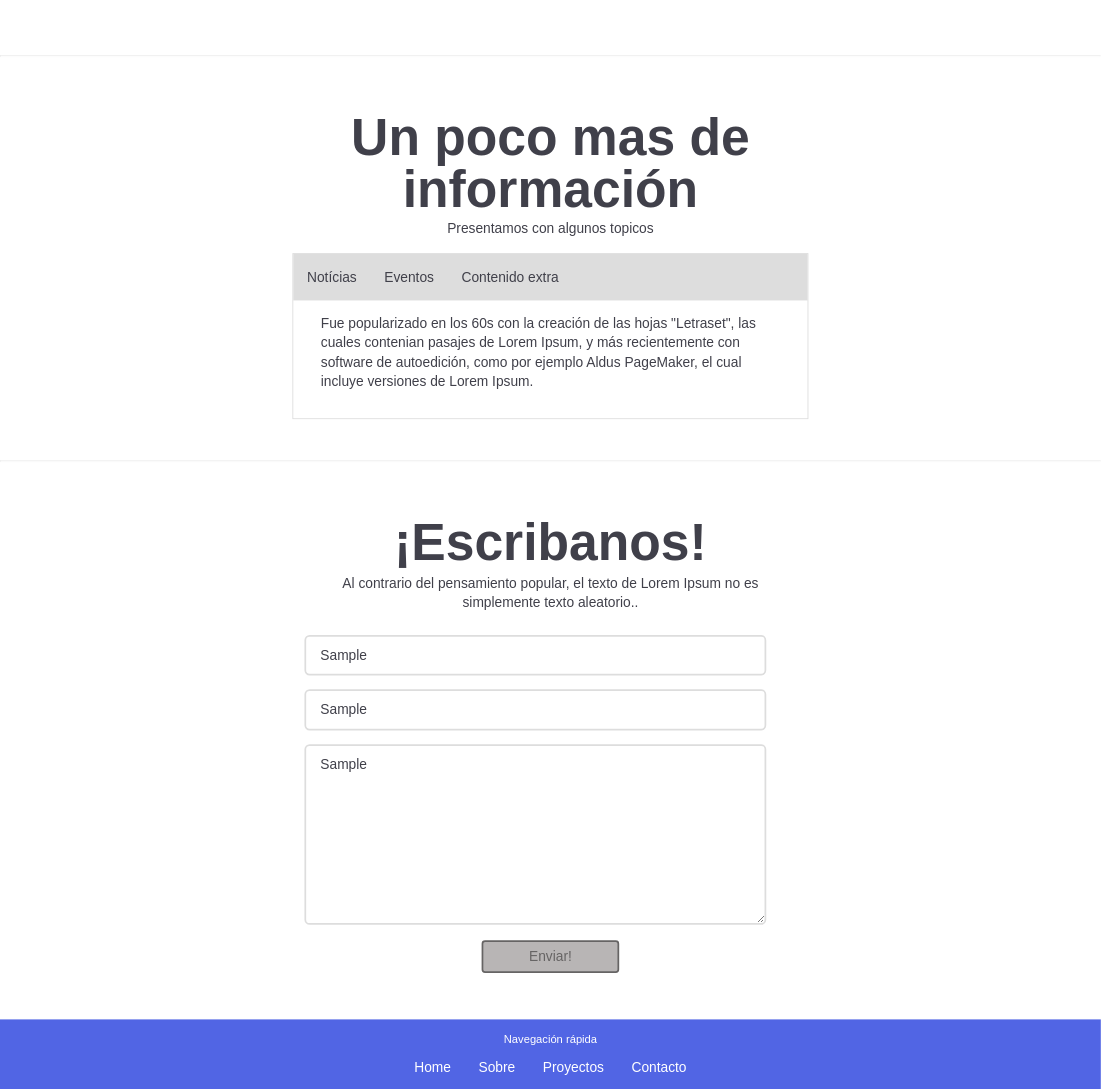
Repository: robsonmarkes/accesibilidad
Page: index.html
The author's editor kept a copy of each file at every save. The page is drawn from the files as they stood at one save, then again after the next save.
The browser window is 1280 px wide. The pictures show the part of the page from y = 1905 to 3171 px (the page is 3171 px tall), at 86% of full size.
Empty fields were first filled with sample values (such as "Sample", 5 or name@example.com).
After loading, the first visible `li.active` was clicked once.
A picture or video elsewhere on the page could not be fetched, so the positions and the page height are approximate.

Above is the page before, as saved 2022-10-13 12:36:11.

### index.html
<!DOCTYPE html>
<html lang="en">
<head>
    <meta charset="UTF-8">
    <meta http-equiv="X-UA-Compatible" content="IE=edge">
    <meta name="viewport" content="width=device-width, initial-scale=1.0">
    <title>Mi empresa portal</title>
    <link rel="stylesheet" href="style.css">
    <link rel="stylesheet" href="slides.css">
</head>
<body>
    <!-- wrong way -->
    <div class="wrap">
        <div class="header">
            <a href="http://google.com" class="logo">
                <img src="https://www.pngarts.com/files/3/Logo-PNG-Transparent-Image.png" alt="" srcset="">
            </a>
            <ul>
                <li>
                    <a href="#" target="_blank" rel="noopener noreferrer">Home</a>
                </li>
                <li>
                    <a href="#" target="_blank" rel="noopener noreferrer">Proyectos</a>
                </li>
                <li>
                    <a href="#" target="_blank" rel="noopener noreferrer">Contacto</a>
                </li>
            </ul>
        </div>
        <div class="content">
            <div class="article">
                <h1>Bienvenido!</h1>
                <img class="decorative-image" src="assets/world.png" alt="icono del planeta tierra"/>
                <p>
                    Lorem Ipsum es simplemente el texto de relleno de las imprentas y archivos de texto. Lorem Ipsum ha sido el texto de relleno estándar de las industrias desde el año 1500, cuando un impresor (N. del T. persona que se dedica a la imprenta) desconocido usó una galería de textos y los mezcló de tal manera que logró hacer un libro de textos especimen. No sólo sobrevivió 500 años, sino que tambien ingresó como texto de relleno en documentos electrónicos, quedando esencialmente igual al original. Fue popularizado en los 60s con la creación de las hojas "Letraset", las cuales contenian pasajes de Lorem Ipsum, y más recientemente con software de autoedición, como por ejemplo Aldus PageMaker, el cual incluye versiones de Lorem Ipsum.
                </p>
                <div class="buttons">
                    <button class="primary">Empezar!</button>
                    <button class="secondary">Contacto</button>
                </div>
            </div>
            <hr />
            <div class="article">
                <div>
                    <h1>Nuestra empresa</h1>
                    <p>
                        Es un hecho establecido hace demasiado tiempo que un lector se distraerá con el contenido del texto de un sitio mientras que mira su diseño. El punto de usar Lorem Ipsum es que tiene una distribución más o menos normal de las letras, al contrario de usar textos como por ejemplo "Contenido aquí, contenido aquí". Estos textos hacen parecerlo un español que se puede leer. Muchos paquetes de autoedición y editores de páginas web usan el Lorem Ipsum como su texto por defecto, y al hacer una búsqueda de "Lorem Ipsum" va a dar por resultado muchos sitios web que usan este texto si se encuentran en estado de desarrollo. Muchas versiones han evolucionado a través de los años, algunas veces por accidente, otras veces a propósito (por ejemplo insertándole humor y cosas por el estilo).
                    </p>
                </div>
                <img src="https://cdn-dynmedia-1.microsoft.com/is/image/microsoftcorp/O2019-Hero-image-x2:VP1-539x440?resMode=sharp2&op_usm=1.5,0.65,15,0&wid=1920&hei=720&qlt=75&fit=constrain" alt="Empleados mirando sus nuevos proyectos">
            </div>
            <hr />

            <div class="article" id="projects">
                <div>
                    <h1>Proyectos</h1>
                    <p>
                        Mira algunos de nuestros proyectos!
                    </p>
                    <section class="slider-wrapper">
                        <button class="slide-arrow" id="slide-arrow-prev">
                          &#8249;
                        </button>
                        <button class="slide-arrow" id="slide-arrow-next">
                          &#8250;
                        </button>
                        <ul class="slides-container" id="slides-container">
                          <li class="slide">
                            <img src="https://www.unir.net/wp-content/uploads/2021/02/Pro1.jpg" alt="">
                          </li>
                          <li class="slide">
                            <img src="https://gerens.pe/blog/wp-content/uploads/2018/08/gestion-de-proyecto.jpg" alt="">
                          </li>
                          <li class="slide">
                            <img src="https://www.il3.ub.edu/blog/wp-content/uploads/2021/10/iStock-1279738776.jpg" alt="">
                          </li>
                          <li class="slide">
                            <img src="https://www.obsbusiness.school/sites/obsbusiness.school/files/images/tipos%20de%20proyectos-min_0.jpg" alt="">
                          </li>
                        </ul>
                      </section>
                </div>

            </div>
            <hr />

            <div class="article" id="tabwrap">
                <div>
                    <h1>Un poco mas de información</h1>
                    <p>
                        Presentamos con algunos topicos
                    </p>
                    <div class="tabs" id="tabs">
                        <div class="tabmenu">
                            <ul>
                                <li class="active">Notícias</li>
                                <li>Eventos</li>
                                <li>Contenido extra</li>
                            </ul>
                        </div>
                        <div class="tab-content">
                            <div id="notices">
                                <p>
                                    Fue popularizado en los 60s con la creación de las hojas "Letraset", las cuales contenian pasajes de Lorem Ipsum, y más recientemente con software de autoedición, como por ejemplo Aldus PageMaker, el cual incluye versiones de Lorem Ipsum.
                                </p>
                            </div>
                            <div class="closed" id="events">
                                <p>
                                    Todos los generadores de Lorem Ipsum que se encuentran en Internet tienden a repetir trozos predefinidos cuando sea necesario, haciendo a este el único generador verdadero (válido) en la Internet.
                                </p>
                            </div>
                            <div class="closed" id="extra-content">
                                <p>
                                    El trozo de texto estándar de Lorem Ipsum usado desde el año 1500 es reproducido debajo para aquellos interesados. Las secciones 1.10.32 y 1.10.33 de "de Finibus Bonorum et Malorum" por Cicero son también reproducidas en su forma original exacta, acompañadas por versiones en Inglés de la traducción realizada en 1914 por H. Rackham.
                                </p>
                            </div>
                        </div>
                    </div>
                </div>

            </div>
            <hr />

            <div class="article">
                <h1>¡Escribanos!</h1>
                <p>
                    Al contrario del pensamiento popular, el texto de Lorem Ipsum no es simplemente texto aleatorio..
                </p>
                <form action="">
                    <fieldset>
                        <legend>En formulário de ejemplo</legend>
                        <div class="form-group">
                            <label for="name">nombre:</label>
                            <input type="text" name="name" id="name" placeholder="Escriba su nombre">
                            <span class="validator hidden" id="validate-name"></span>
                        </div>
                        <div class="form-group">
                            <label for="email">correo:</label>
                            <input type="text" name="email" id="email" placeholder="Escriba su correo">
                            <span class="validator hidden" id="validate-email"></span>
                        </div>
                        <div class="form-group">
                            <label for="message">mensaje:</label>
                            <textarea name="message" id="message" cols="30" rows="10" placeholder="Escriba su mensaje"></textarea>
                            <span class="validator hidden" id="validate-message"></span>
                        </div>
                        <button id="send-message" disabled>Enviar!</button>
                    </fieldset>
                </form>
            </div>
        </div>
        <div class="footer">
            <span>Navegación rápida</span>
            <ul>
                <li>
                    <a href="#" target="_blank" rel="noopener noreferrer">Home</a>
                </li>
                <li>
                    <a href="#" target="_blank" rel="noopener noreferrer">Sobre</a>
                </li>
                <li>
                    <a href="#" target="_blank" rel="noopener noreferrer">Proyectos</a>
                </li>
                <li>
                    <a href="#" target="_blank" rel="noopener noreferrer">Contacto</a>
                </li>
            </ul>
        </div>

        <div class="background-modal close-modal" id="background-modal"></div>
        <div class="modal close-modal" id="modal">
            <span class="close-btn" id="close-btn">x</span>
            <h2 class="title">Estas seguro que quieres enviar?</h2>
            <span class="text">La acción no puede ser deshecha.</span>
            <div class="buttons">
                <button id="close-btn">¡Si!</button>
                <button id="close-btn">¡No!</button>
            </div>
        </div>

    </div>
</body>
<script src="scripts.js"></script>
</html>

### style.css
:root {
    --primary-bg: rgb(81, 101, 228);
    --primary-color: #ffffff;
    --secondary-bg: #ffffff;
    --secondary-color: rgb(64, 64, 74);
    --body-bg: rgb(64, 64, 74);
    --transition-time: 0.2s;
  }

body, * {
    margin: 0;
    padding: 0;
    list-style-type: none;
    text-decoration: none;
    font-family:Arial, Helvetica, sans-serif;
    color: var(--secondary-color);
    box-sizing: border-box;
}

body a:hover {
    color: var(--primary-color);
}

.wrap {
    width: 100%;
    height: auto;
    margin: 0 auto;

}

.wrap .header {
    display: flex;
    align-items: center;
    background-color: var(--primary-bg);
}

.wrap .header  img {
    filter: invert(100%);
    height: 64px;
}

.wrap .header ul {
    display: flex;
}
.wrap .header ul li {
    padding: 1rem;
}
.wrap .header a {
    color: var(--primary-color);
}

.wrap .content {
    width: 100%;
    min-width: 400px;
    margin: 0;
}

.wrap .content hr {
    color: var(--body-bg);
    opacity: 0.2;
}

.wrap .content .article {
    margin: 0 auto;
    padding: 64px 0 48px;
    max-width: 600px;
    line-height: 1.4;
}

.wrap .content .article h1, h2, h3 {
    font-size: 3.75rem;
    padding-bottom: 0.35rem;
    line-height: 1;
    text-align: center;
}

.wrap .content .article p {
    font-size: 1rem;
    text-align: center;
    padding: 0 1rem 1rem;
}

.wrap .content .article img {
    margin: 0 auto;
    max-width: 100%;
}

.wrap .content .article .decorative-image {
    max-width: 20%;
    float: right;
    filter: opacity(0.5);
}

.wrap .content .article .buttons {
    max-width: 220px;
    margin: 0 auto;
    display: flex;
}

.wrap .content .article .buttons button {
    font-size: 1rem;
    padding: 0.5rem 1rem;
    margin: 4px;
    border: 2px solid;
    border-radius: 4px;
    cursor: pointer;
    background-color: transparent;
}

.wrap .content .article .buttons button.primary {
    background-color: var(--primary-color);
    color: var(--primary-bg);
    transition: var(--transition-time) background-color;
}

.wrap .content .article .buttons button.primary:hover {
    background-color: var(--primary-bg);
    color: var(--primary-color);
    border-color: var(--primary-bg);
}

.wrap .content .article .buttons button.secondary {
    background-color: var(--secondary-color);
    color: var(--secondary-bg);
    border-color: var(--secondary-color);
    transition: var(--transition-time) background-color;
}

.wrap .content .article .buttons button.secondary:hover {
    background-color: var(--secondary-bg);
    color: var(--secondary-color);
    border-color: var(--secondary-color);
}

.wrap .content .article form {
    width: 100%;
    margin: 0 auto;
}

.wrap .content .article form fieldset {
    display: flex;
    flex-direction: column;
    align-items: center;
    border-color: transparent;
}

.wrap .content .article form fieldset legend {
    opacity: 0;
    font-size: 0px;
}

.wrap .content .article form .form-group {
    width: 100%;
    display: block;
}

.wrap .content .article form .form-group label {
    opacity: 0;
    font-size: 0px;
}

.wrap .content .article form .form-group input, .wrap .content .article form .form-group textarea {
    font-size: 1rem;
    padding: 0.8rem 1rem;
    margin: 0.5rem;
    border: 2px solid #ddd;
    border-radius: 6px;
    width: 90%;
}

.wrap .content .article form fieldset button {
    font-size: 1rem;
    width: 160px;
    margin: 0 auto;
    padding: 0.5rem 1rem;
    margin: 4px;
    border: 2px solid;
    border-radius: 4px;
    cursor: pointer;
    background-color: var(--primary-color);
    color: var(--primary-bg);
    transition: var(--transition-time) background-color;
}

.wrap .content .article form fieldset button:hover {
    background-color: var(--primary-bg);
    color: var(--primary-color);
    border-color: var(--primary-bg);
}

.wrap .content .article form fieldset button[disabled] {
    background: rgb(184, 181, 181);
    color: rgb(102, 100, 100);
}

.wrap .content .article form fieldset .validator {
    font-size: 0.8rem;
    margin-left: 1rem;
    display: block;
    color: red;
}

.wrap .content .article form fieldset .hidden {
    display: none;
}

.wrap .content .article .tabs {
    border: 1px solid #ddd;
}

.wrap .content .article .tabs .tabmenu {
    background: #ddd;
}

.wrap .content .article .tabs .tabmenu ul {
    display: flex;
}

.wrap .content .article .tabs .tabmenu ul li {
    padding: 1rem;
    color: var(--secondary-color);
    cursor: pointer;
}

.wrap .content .article .tabs .tabmenu ul li.active {
    background: var(--secondary-color);
    color: var(--primary-color);
}

.wrap .content .article .tabs .tabmenu ul li:hover {
    color: var(--primary-color);
    background: var(--primary-bg);
}

.wrap .content .article .tabs .tab-content {
    padding: 1rem;
}

.wrap .content .article .tabs .tab-content div.closed {
    display: none;
}

.wrap .content .article .tabs .tab-content div p {
    text-align: left;
}

.wrap .footer {
    display: flex;
    flex-direction: column;
    align-items: center;
    padding: 1rem;
    background-color: var(--primary-bg);
}

.wrap .footer span {
    color: var(--primary-color);
    font-size: small;
    padding-bottom: 1rem;
}

.wrap .footer  ul {
    display: flex;
}

.wrap .footer  ul li a {
    color: var(--primary-color);
    padding: 1rem;
}

/* modal */

.wrap .background-modal {
    width: 100%;
    height: 100%;
    top: 0;
    left: 0;
    opacity: 0.4;
    position: fixed;
    background-color: black;
    z-index: 2;
}

.wrap .modal {
    width: 600px;
    height: 268px;
    position: fixed;
    top: 12%;
    left: calc((100vw - 600px)/2);
    background-color:#fff;
    z-index: 3;
    margin: 0 auto;
}

.wrap .modal .title, .wrap .modal .text {
    text-align: center;
}

.wrap .modal .title {
    font-size: 2rem;
    padding: 3rem 2rem;
}

.wrap .modal .text {
    display: block;
    font-size: 1.5rem;
    color:rgb(89, 89, 93)
}

.wrap .modal .buttons {
    width: 142px;
    margin: 0 auto;
    display: flex;
}

.wrap .modal .buttons button {
    padding: 0.4rem 1rem;
    margin: 1rem 4px;
    font-size: 1rem;
    border: 2px solid;
    border-radius: 4px;
    cursor: pointer;
    background-color: var(--primary-color);
    color: var(--primary-bg);
    transition: var(--transition-time) background-color;
}

.wrap .modal .buttons button:hover {
    background-color: var(--primary-bg);
    color: var(--primary-color);
    border-color: var(--primary-bg);
}

.wrap .modal .close-btn {
    font-size: 1.2rem;
    position: absolute;
    top: 6px;
    left: calc(600px - 20px);
    cursor: pointer;
    color: var(--secondary-color);
    transition: var(--transition-time) color;
}

.wrap .modal .close-btn:hover {
    color: var(--primary-bg);
}

.close-modal {
    visibility: hidden;
}

### slides.css
#projects {
    max-width: 70%;
}

#projects .slide img {
    width: 100%;
    height: 100%;
    padding: 0;
}


.slider-wrapper {
    margin: 1rem;
    position: relative;
    overflow: hidden;
  }

  .slides-container {
    /* height: calc(100vh - 2rem); */
    height: 394px;
    width: 100%;
    display: flex;
    overflow: scroll;
    scroll-behavior: smooth;
    list-style: none;
    margin: 0;
    padding: 0;
  }

  .slide-arrow {
    position: absolute;
    display: flex;
    top: 0;
    bottom: 0;
    margin: auto;
    height: 4rem;
    background-color: white;
    border: none;
    width: 2rem;
    font-size: 3rem;
    padding: 0;
    cursor: pointer;
    opacity: 0.5;
    transition: opacity 100ms;
  }

  .slide-arrow:hover,
  .slide-arrow:focus {
    opacity: 1;
  }

  #slide-arrow-prev {
    left: 0;
    padding-left: 0.25rem;
    border-radius: 0 2rem 2rem 0;
  }

  #slide-arrow-next {
    right: 0;
    padding-left: 0.75rem;
    border-radius: 2rem 0 0 2rem;
  }

  .slide {
    width: 100%;
    height: 100%;
    flex: 1 0 100%;
    margin: 0;
    padding: 0;
  }

  .slide:nth-child(1) {
    background-color: #49b293;
  }

  .slide:nth-child(2) {
    background-color: #b03532;
  }

  .slide:nth-child(3) {
    background-color: #6a478f;
    margin: 0;
  }

  .slide:nth-child(4) {
    background-color: #da6f2b;
  }

### scripts.js
const init = () => {
    const backgroundModal = document.querySelector(`#background-modal`);
    const modal = document.querySelector(`#modal`);
    const sendButton = document.querySelector(`#send-message`);
    const closeBtn = document.querySelectorAll(`#close-btn`);
    const hiddenClass = `close-modal`;

    const form = document.querySelectorAll(`input[type="text"], textarea`);

    const validForm = (input) => {

        const message = document.querySelector(`#validate-${input[`name`]}`);

        const showMessage = (messageText) => {
            message.innerHTML = messageText
            message.classList.contains(`hidden`) ? message.classList.remove(`hidden`) : null;
        };

        const hideMessage = () => {
            message.innerHTML = ``
            !message.classList.contains(`hidden`) ? message.classList.add(`hidden`) : null;
        };

        const validateName = (input) => {
            input.value.length > 2 ? hideMessage() : showMessage(`El campo nome no puede estar vacío`);
            return input.value.length > 2;
        };

        const validateEmail = (input) => {
            const validMail = String(input.value)
            .toLowerCase()
            .match(/^(([^<>()[\]\\.,;:\s@"]+(\.[^<>()[\]\\.,;:\s@"]+)*)|(".+"))@((\[[0-9]{1,3}\.[0-9]{1,3}\.[0-9]{1,3}\.[0-9]{1,3}\])|(([a-zA-Z\-0-9]+\.)+[a-zA-Z]{2,}))$/);
            !validMail ? showMessage(`Correo inválido.`) : hideMessage();
            return !validMail ? false : true;
        };

        const validateMessage = (input) => {
            input.value.length < 5 ? showMessage(`Mensaje demasiado corto.`) : hideMessage();
            return input.value.length > 5 ? true : false;
        };

        if(input[`name`] == `name`) {
            return validateName(input);
        }

        if(input[`name`] == `email`) {
            return validateEmail(input);
        }

        if(input[`name`] == `message`) {
            return validateMessage(input);
        }

    }

    const toggleModal = (event) => {
        event.preventDefault();
        if(backgroundModal.classList.contains(hiddenClass) && modal.classList.contains(hiddenClass)) {
            backgroundModal.classList.remove(hiddenClass);
            modal.classList.remove(hiddenClass);
        } else {
            backgroundModal.classList.add(hiddenClass);
            modal.classList.add(hiddenClass);
        }
    };

    //listeners
    form.forEach(input => {
        input.addEventListener(`keyup`, _ => {
            validForm(input) ? sendButton.removeAttribute(`disabled`) : sendButton.setAttribute(`disabled`, true);
        });
    });

    sendButton.addEventListener(`click`, e => {
        const sentences = [];
        form.forEach(input => sentences.push(validForm(input)));
        if(!sentences.includes(false)) {
            sendButton.removeAttribute(`disabled`);
            toggleModal(e);
        } else {
            sendButton.setAttribute(`disabled`, true);
        }
    });

    closeBtn.forEach(btn => btn.addEventListener(`click`, toggleModal));


    //slides
    const slidesContainer = document.getElementById("slides-container");
    const slide = document.querySelector(".slide");
    const prevButton = document.getElementById("slide-arrow-prev");
    const nextButton = document.getElementById("slide-arrow-next");

    nextButton.addEventListener("click", () => {
        const slideWidth = slide.clientWidth;
        slidesContainer.scrollLeft += slideWidth;
    });

    prevButton.addEventListener("click", () => {
        const slideWidth = slide.clientWidth;
        slidesContainer.scrollLeft -= slideWidth;
    });

    //tab content
    const  tabs = document.querySelectorAll(`#tabs .tabmenu ul li`);
    const contents = document.querySelectorAll(`#tabs .tab-content div`);
    const closeClassName = `closed`;
    const activeClassName = `active`;

    const closeAllContents = (contents, callback) => {
        contents.forEach(content => content.classList.contains(closeClassName) ? null : content.classList.add(closeClassName));
        tabs.forEach(tab => tab.classList.contains(activeClassName) ? tab.classList.remove(activeClassName) : null);
        callback();
    };

    const openContent = index => {
        closeAllContents(contents, _ => contents[index].classList.remove(closeClassName));
    };

    tabs.forEach((tab, index) => tab.addEventListener(`click`, _ => openContent(index)));

};

document.addEventListener(`DOMContentLoaded`, init);

After the next save:
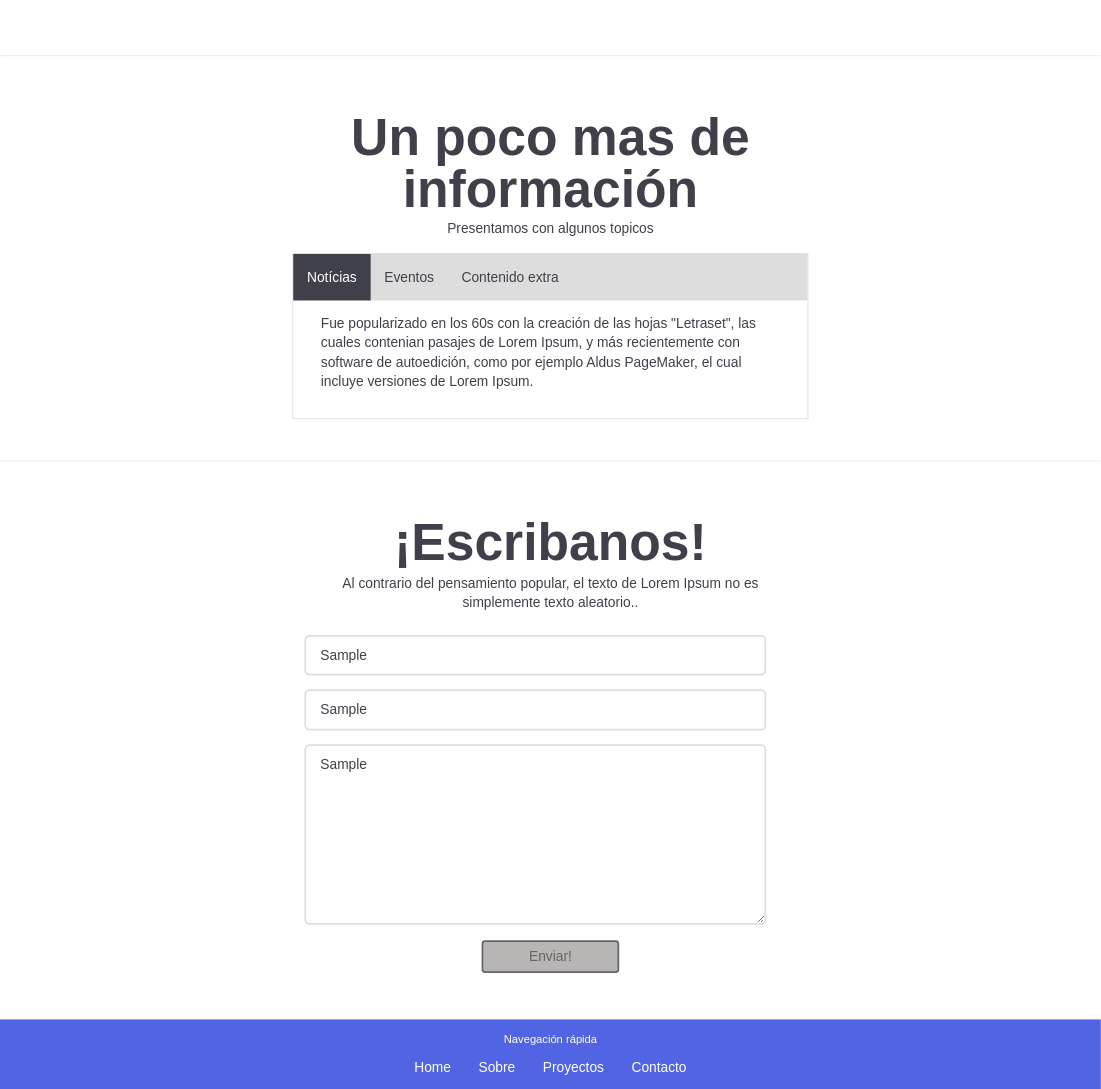
Saved 44 s later.
--- a/scripts.js
+++ b/scripts.js
@@ -114,7 +114,10 @@ const init = () => {
     };
 
     const openContent = index => {
-        closeAllContents(contents, _ => contents[index].classList.remove(closeClassName));
+        closeAllContents(contents, _ => {
+            contents[index].classList.remove(closeClassName);
+            tabs[index].classList.add(activeClassName);
+        });
     };
 
     tabs.forEach((tab, index) => tab.addEventListener(`click`, _ => openContent(index)));
